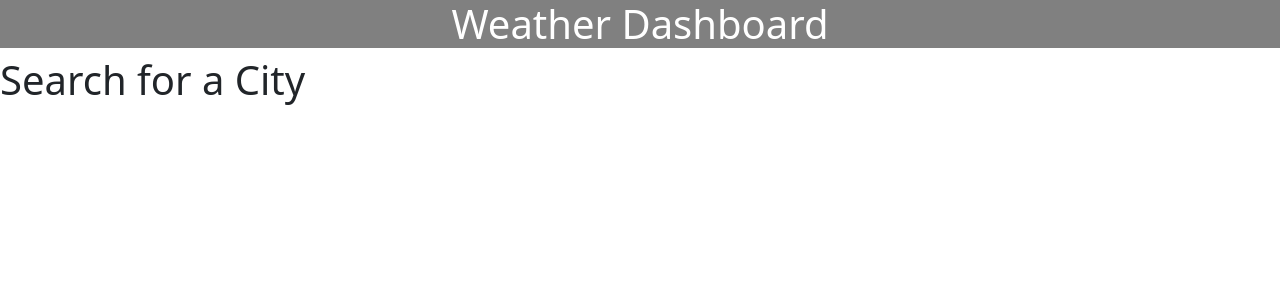
Repository: ziffoit/Weather_Dashboard
Page: index.html
The author's editor kept a copy of each file at every save. The page is drawn from the files as they stood at one save, then again after the next save.
The browser window is 1280 px wide. The pictures show the whole page.

Above is the page before, as saved 2021-03-24 23:03:56.

### index.html
<!DOCTYPE html>
<html lang="en">
  <head>
    <meta charset="UTF-8" />
    <meta name="viewport" content="width=device-width, initial-scale=1.0" />
    <link
      href="https://cdn.jsdelivr.net/npm/bootstrap@5.0.0-beta3/dist/css/bootstrap.min.css"
      rel="stylesheet"
      integrity="sha384-eOJMYsd53ii+scO/bJGFsiCZc+5NDVN2yr8+0RDqr0Ql0h+rP48ckxlpbzKgwra6"
      crossorigin="anonymous"
    />
    <title>Document</title>
  </head>
  <body>
    <header>
      <h1 style="text-align: center; background-color: gray; color: white">
        Weather Dashboard
      </h1>
    </header>
    <aside style="float: left">
      <h1>Search for a City</h1>
    </aside>
    <section style="float: right">
      <section></section>
      <section></section>
    </section>
  </body>
</html>

After the next save:
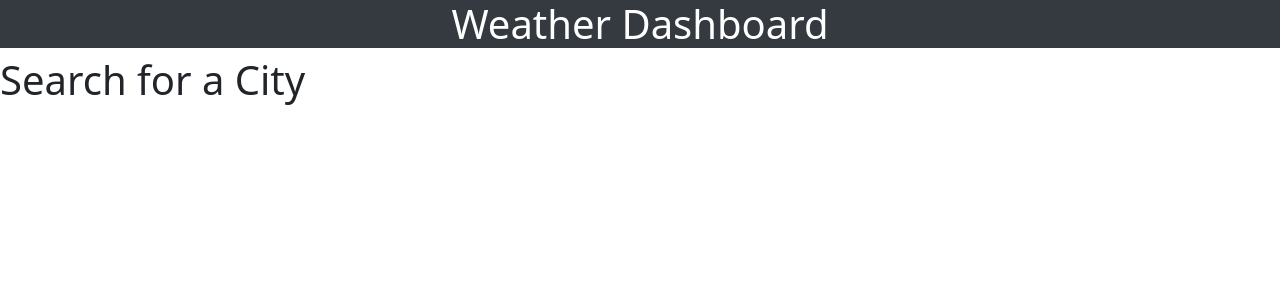
Saved 13 min 40 s later.
--- a/index.html
+++ b/index.html
@@ -13,7 +13,7 @@
   </head>
   <body>
     <header>
-      <h1 style="text-align: center; background-color: gray; color: white">
+      <h1 style="text-align: center; background-color: #343a40; color: white">
         Weather Dashboard
       </h1>
     </header>
